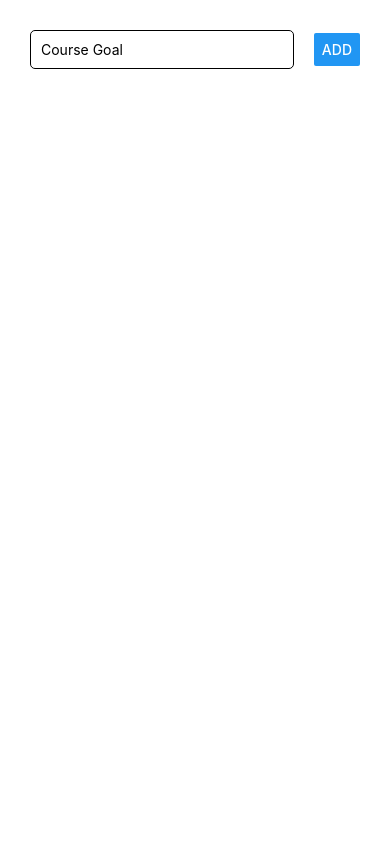
Repository: oguzhan18m/react-native-todo
Screen: /, after clicking the first element matching `button.css-view-175oi2r`
An editor plug-in stored every save of this project. The screen is shown before and after the next save, followed by the edit.
The app was drawn by React Native's web renderer in a window 390 px wide. The project was rebuilt for these pictures with package versions that can differ from the ones it lists, and the page was loaded fresh each time.

Above is the screen before, as saved 2021-03-02 21:58:28.

After the next save:
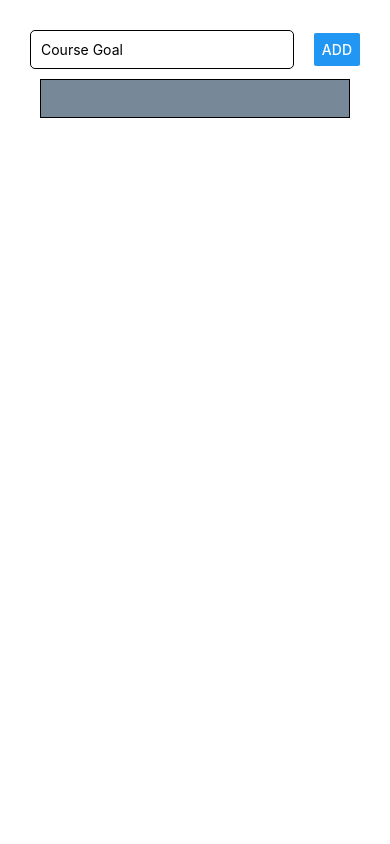
Saved 19 s later.
--- a/App.js
+++ b/App.js
@@ -21,7 +21,7 @@ export default function App() {
         <Button title='ADD' onPress={addGoalHandler} />
       </View>
       <View>
-        {courseGoals.map((course,index) =><View> <Text key={index}> {course} </Text> </View>)}
+        {courseGoals.map((course,index) =><View style={styles.listItem}> <Text key={index}> {course} </Text> </View>)}
       </View>
 
     </View>
